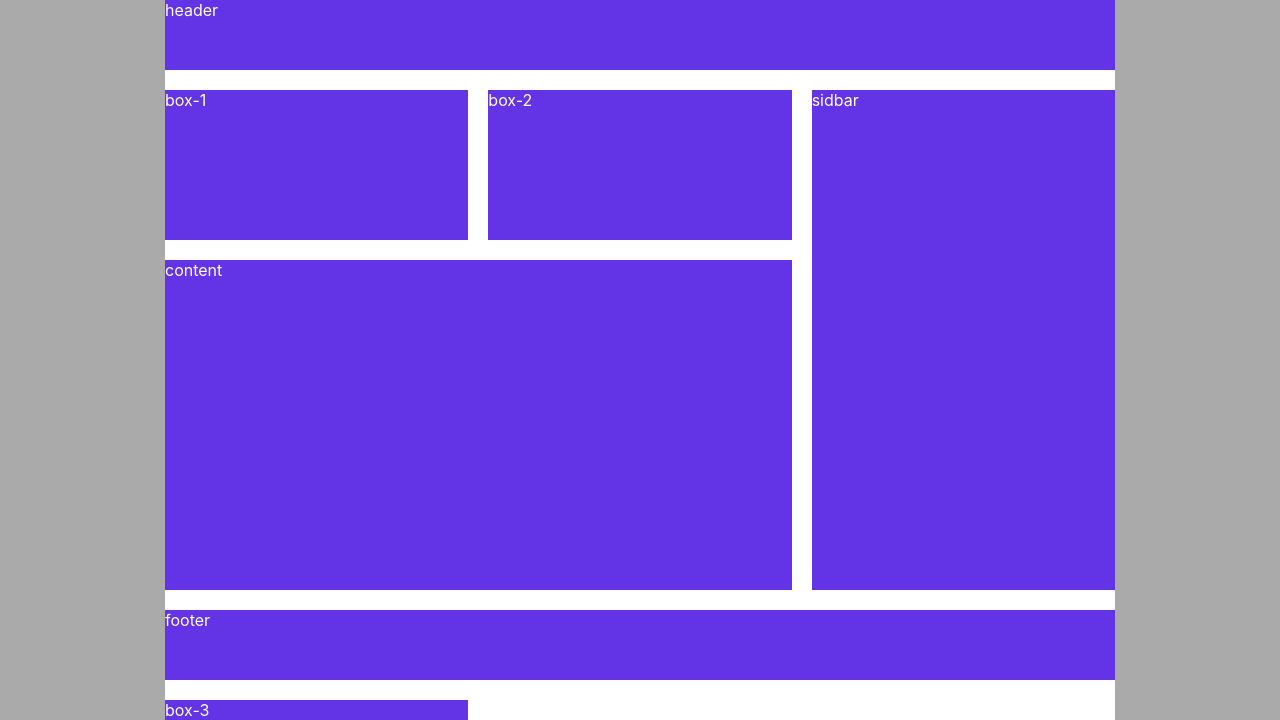
Repository: SD-Mdouka/project_step
Page: /
An editor plug-in stored every save of this project. The page is shown before and after the next save, followed by the edit.
The browser window is 1280 px wide. The pictures show the whole page.
The project was rebuilt for these pictures with package versions that can differ from the ones it lists, and the page was loaded fresh each time.

Above is the page before, as saved 2022-09-07 12:57:13.

### src/index.js
import React from "react";
import ReactDOM from "react-dom/client";
import "./index.css";
import App from "./Grid";
// import { AppBar, Toolbar, Typography } from "@material-ui/core";

const root = ReactDOM.createRoot(document.getElementById("root"));
root.render(
  <React.StrictMode>
    {/* <AppBar>
      <Toolbar>
        <Typography varient="h6">React app</Typography>
      </Toolbar>
    </AppBar> */}
    <App />
  </React.StrictMode>
);

### src/index.css
body {
    background-color: #aaa;
    margin: 0;
    font-family: -apple-system, BlinkMacSystemFont, "Segoe UI", "Roboto", "Oxygen", "Ubuntu", "Cantarell", "Fira Sans", "Droid Sans", "Helvetica Neue", sans-serif;
    -webkit-font-smoothing: antialiased;
    -moz-osx-font-smoothing: grayscale;
}

code {
    font-family: source-code-pro, Menlo, Monaco, Consolas, "Courier New", monospace;
}

.App-Project {
    margin-top: 50px;
    margin-inline: 40% !important;
}

.cirecle {
    width: 29px;
    height: 29px;
    line-height: 25px;
    background-color: blue;
    color: white;
    border-radius: 50%;
    -webkit-border-radius: 50%;
    -moz-border-radius: 50%;
    -ms-border-radius: 50%;
    -o-border-radius: 50%;
    border: 2px solid transparent;
    text-align: center;
    cursor: pointer;
    background-clip: padding-box;
    -webkit-background-clip: padding-box;
}

.stepsWrapp {
    display: flex;
    margin-bottom: 20px;
    text-align: center;
}

.stepeBlock {
    flex-grow: 1;
}

.stepeBlock .circleWrapper {
    padding: 0px 20px;
    position: relative;
}

.selected .cirecle {
    color: black;
    background-color: white;
    border: 1px solid blue;
}

.stepeBlock:not(:last-child)>.circleWrapper::after {
    content: "";
    width: 100%;
    height: 2px;
    position: absolute;
    top: 0px;
    bottom: 0px;
    background-color: blue;
    margin: auto;
    z-index: -1;
}

.stepeBlock:not(:last-child)>.circleWrapper::after {
    height: 3px;
    opacity: 1;
}

.stepeBlock:not(:last-child).selected>.circleWrapper::after,
.stepeBlock:not(:last-child).selected~.stepeBlock:not(:last-child)>.circleWrapper::after {
    height: 2px;
    opacity: 0.3;
}

.pages {
    margin: 0 40%;
}

.primaryBtn {
    padding: 10px 25px !important;
    background-color: blue !important;
    border: none !important;
    margin: 10px !important;
    color: white !important;
    border-radius: 4px !important;
    -webkit-border-radius: 4px !important;
    -moz-border-radius: 4px !important;
    -ms-border-radius: 4px !important;
    -o-border-radius: 4px !important;
    cursor: pointer !important;
}

### src/Grid.js
import React from "react";
import "./style-grid.css";

const Grid = () => {
  return (
    <div>
      <div className="container">
        <div className="header">header</div>
        <div className="box-1">box-1</div>
        <div className="box-2">box-2</div>
        <div className="box-3">box-3</div>
        <div className="sidebar">sidbar</div>
        <div className="content">content</div>
        <div className="footer">footer</div>
      </div>
    </div>
  );
};
export default Grid;

### src/style-grid.css
.container {
    background-color: #fff;
    min-height: 100vh;
    width: 950px;
    margin: 0 auto;
    display: grid;
    grid-template-columns: repeat(3, 1fr);
    grid-template-rows: 70px 150px 1fr 70px;
    grid-gap: 20px;
}

.container>* {
    color: #fff;
    background-color: rgb(99, 51, 230);
}

.header {
    grid-row: 1/2;
    grid-column: 1/-1;
}

.sidebar {
    grid-row: 2/-2;
    grid-column: -2/-1;
}

.content {
    grid-row: 3/4;
    grid-column: 1/-2;
}

.footer {
    grid-row: -2/-1;
    grid-column: 1/-1;
}

Loaded but not shown: public/index.html (common file)

After the next save:
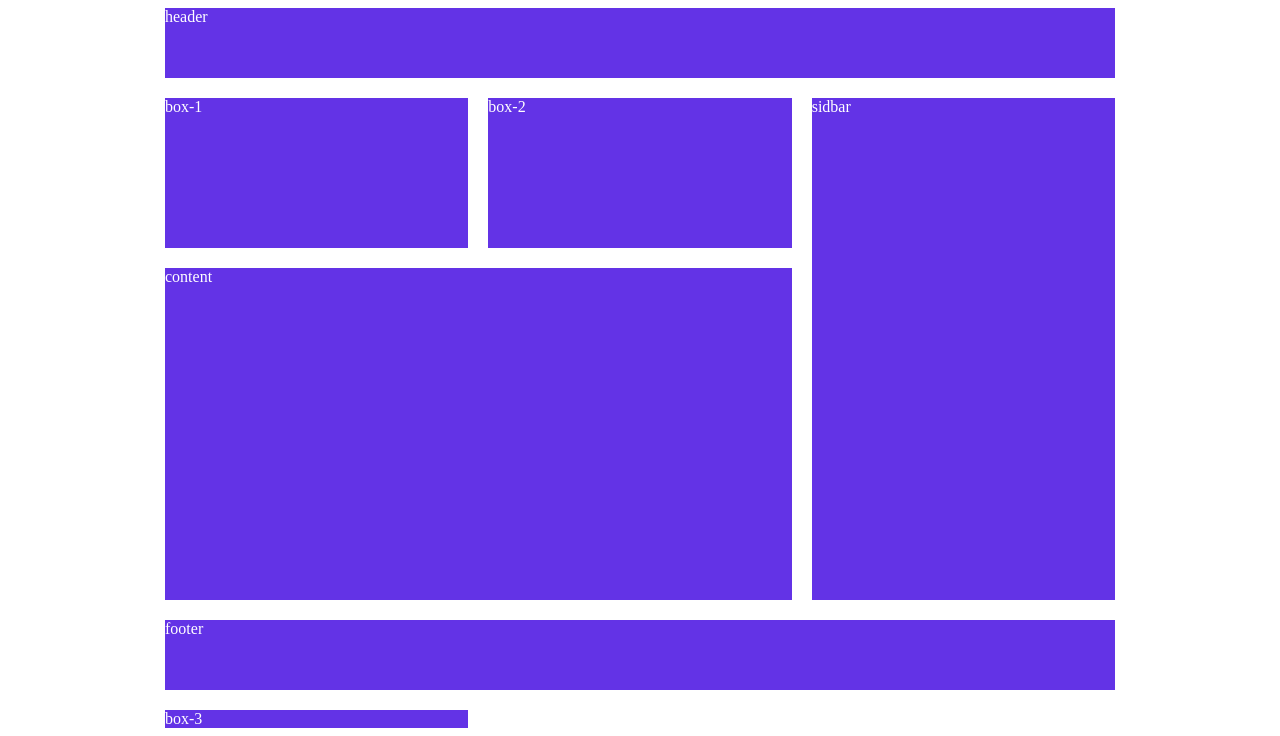
Saved 48 s later.
--- a/src/index.js
+++ b/src/index.js
@@ -1,6 +1,6 @@
 import React from "react";
 import ReactDOM from "react-dom/client";
-import "./index.css";
+// import "./index.css";
 import App from "./Grid";
 // import { AppBar, Toolbar, Typography } from "@material-ui/core";
 

After the save that followed:
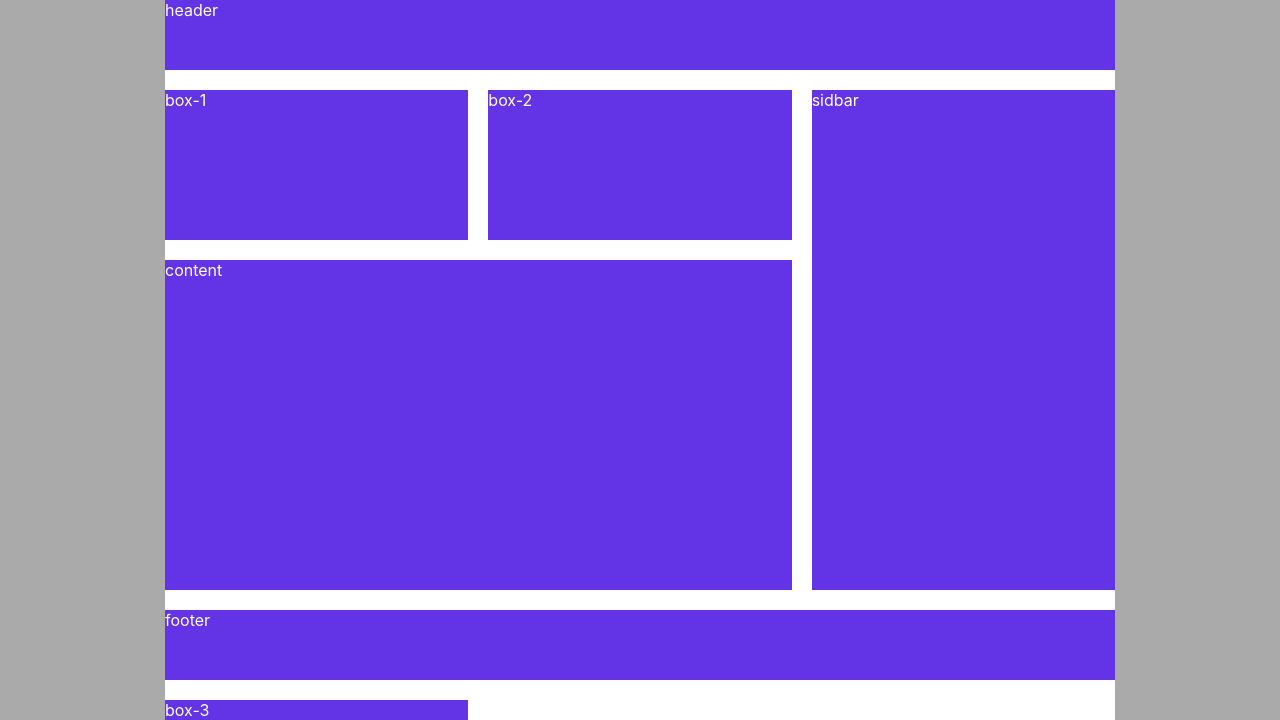
Saved 15 s later.
--- a/src/index.js
+++ b/src/index.js
@@ -1,6 +1,6 @@
 import React from "react";
 import ReactDOM from "react-dom/client";
-// import "./index.css";
+import "./index.css";
 import App from "./Grid";
 // import { AppBar, Toolbar, Typography } from "@material-ui/core";
 
